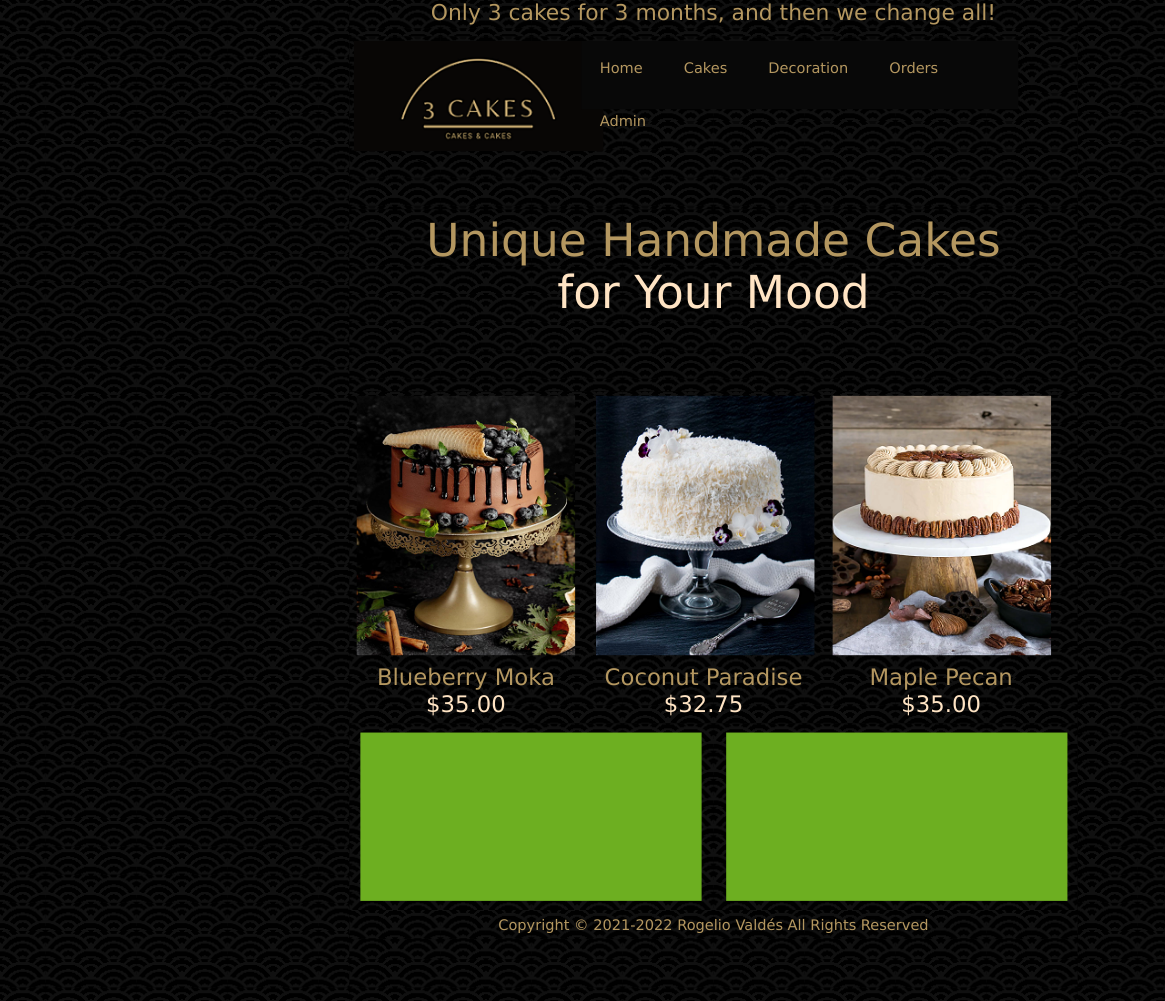
Repository: roge64/htmlfrontend
Page: index.html
These files come from the project's save history. The page is drawn as it stood at one moment and after the next save; the edit follows.
The browser window is 1280 px wide. The pictures show the whole page, at 91% of full size.

Above is the page before, as saved 2022-03-03 21:17:04.

After the next save:
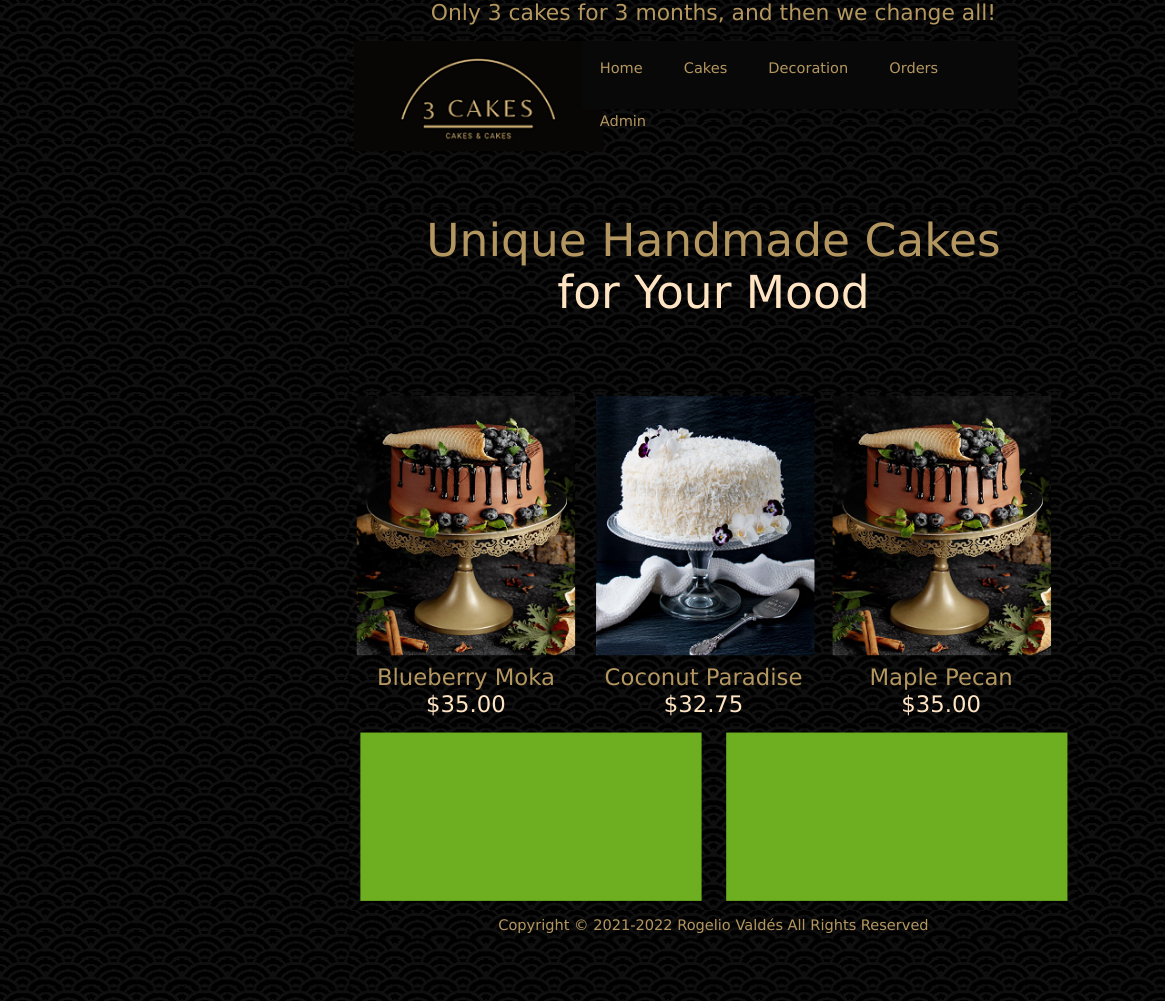
Saved 16 s later.
--- a/index.html
+++ b/index.html
@@ -48,7 +48,7 @@
         <section id="tienda">
             <article id="cake1"> <img src="/img/cake1.png"  alt="logo.png"></article>
             <article id="cake2"> <img src="/img/cake2.png"  alt="logo.png"></article>
-            <article id="cake3"> <img src="/img/cake3.png"  alt="logo.png"></article>
+            <article id="cake3"> <img src="/img/cake1.png"  alt="logo.png"></article>
         </section>
 
 

After the 3 saves that followed:
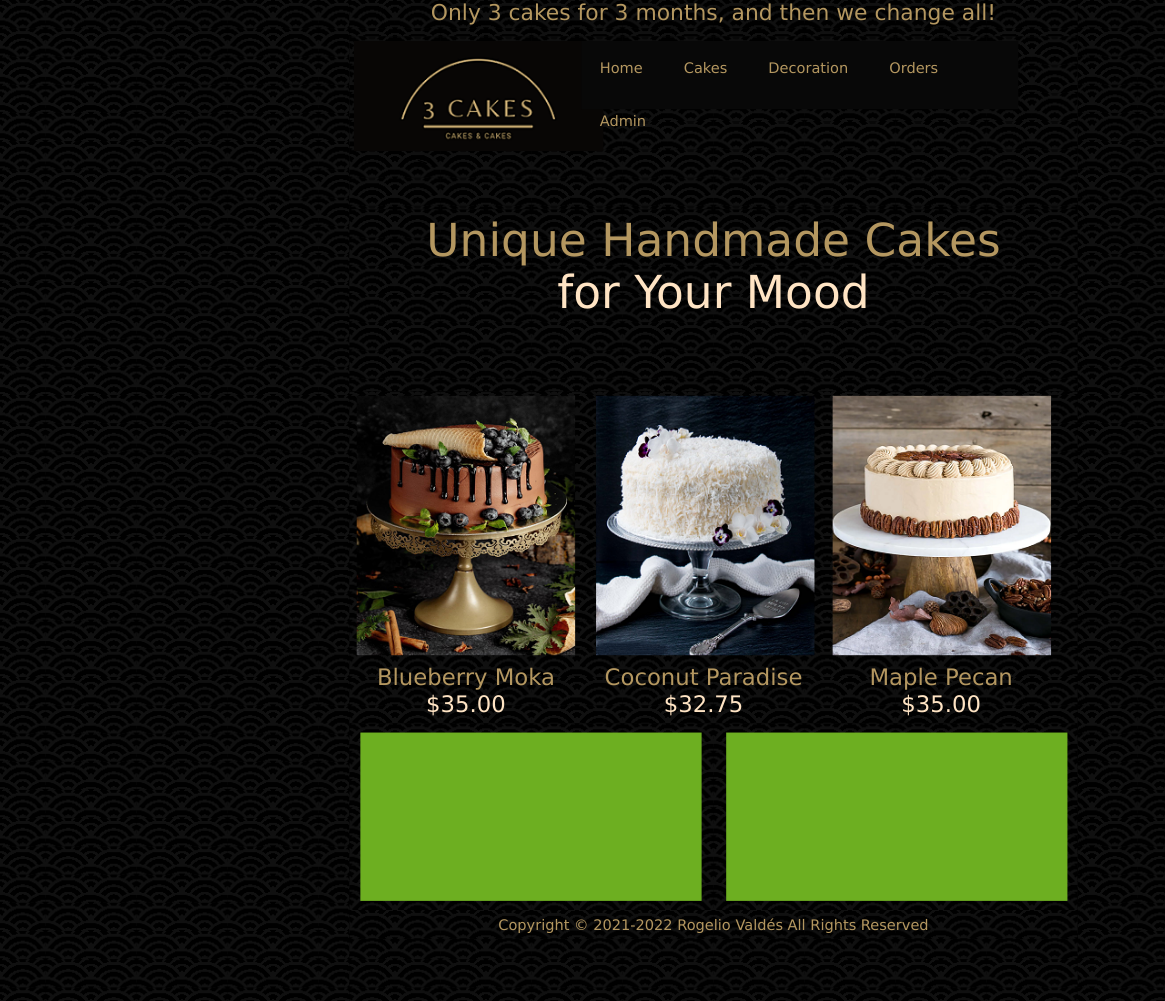
The 3 saves are shown as one change because they came seconds apart.
The last was saved 9 s later.
--- a/index.html
+++ b/index.html
@@ -48,7 +48,7 @@
         <section id="tienda">
             <article id="cake1"> <img src="/img/cake1.png"  alt="logo.png"></article>
             <article id="cake2"> <img src="/img/cake2.png"  alt="logo.png"></article>
-            <article id="cake3"> <img src="/img/cake1.png"  alt="logo.png"></article>
+            <article id="cake3"> <img src="/img/cake3.png"  alt="logo.png"></article>
         </section>
 
 
